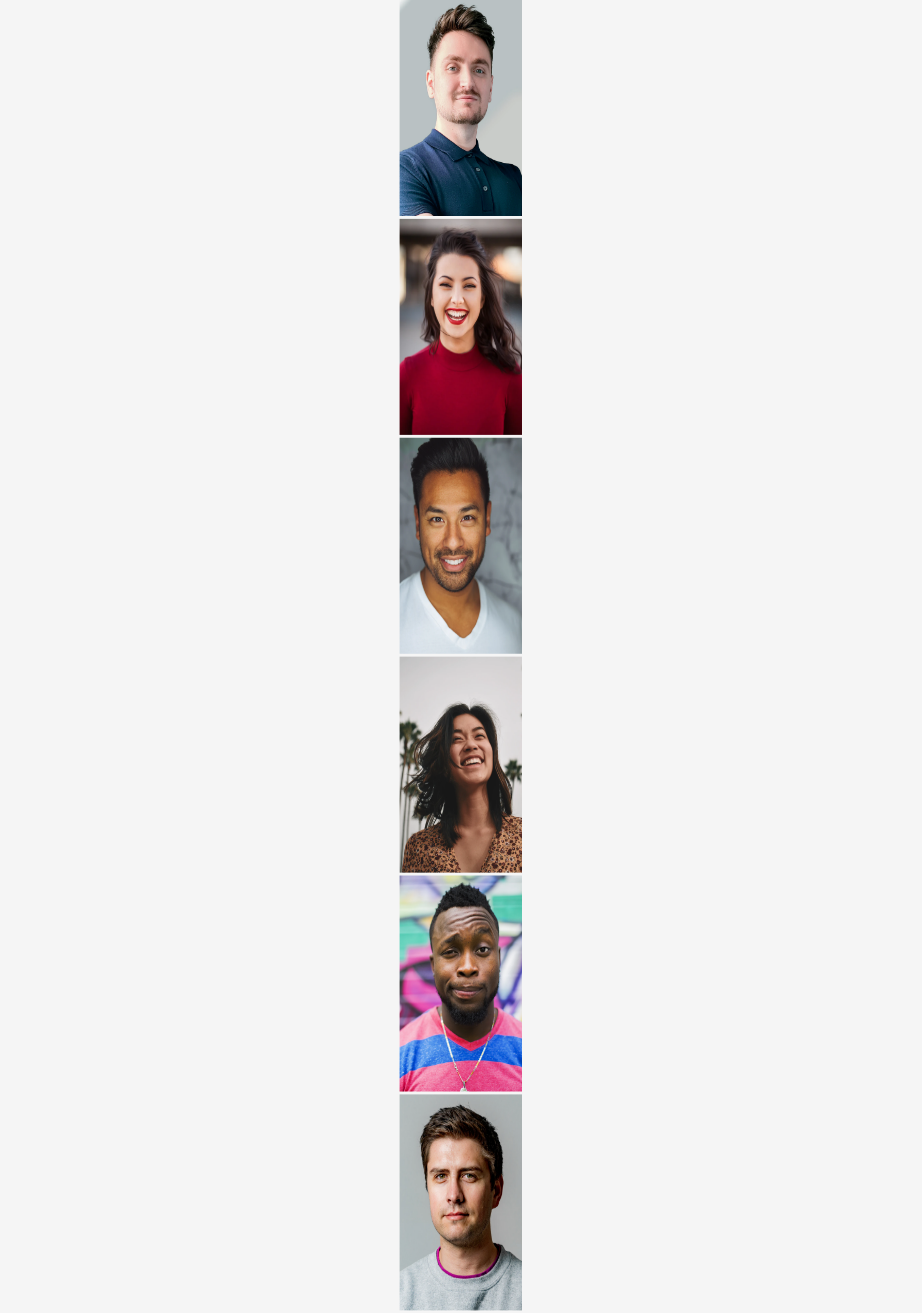
Repository: georgisenze/my-team-page-challeng
Page: index.html
These files come from the project's save history. The page is drawn as it stood at one moment and after the next save; the edit follows.
The browser window is 1280 px wide. The pictures show the whole page, at 72% of full size.

Above is the page before, as saved 2023-02-22 22:00:03.

### index.html
<!DOCTYPE html>
<html lang="en">
<head>
    <meta charset="UTF-8">
    <meta http-equiv="X-UA-Compatible" content="IE=edge">
    <meta name="viewport" content="width=device-width, initial-scale=1.0">
    <title>My team page</title>

    <link rel="stylesheet" href="assets/css/style.css">
</head>
<body>
     <div class="container" id="container">
        <div class="box">
            <img src="assets/img/photo1.png" alt="" >
        </div>
        <div class="box">
            <img src="assets/img/photo2.png" alt="">
        </div>
        <div class="box">
            <img src="assets/img/photo3.png" alt="">
        </div>
        <div class="box">
            <img src="assets/img/photo4.png" alt="">
        </div>
        <div class="box">
            <img src="assets/img/photo5.png" alt="">
        </div>
        <div class="box">
            <img src="assets/img/photo6.png" alt="">
        </div>
      </div>
</body>
</html>

### assets/css/style.css
  body{
    margin: 0;
    padding: 0;
    background-color: whitesmoke;
  }

  .container {
    writing-mode: horizontal-tb;
    display: grid;
    justify-content: center;
    justify-items: center;
    align-items: center;
    align-content: center;
    /* grid-template-columns: 1fr 1fr 1fr;
    grid-template-rows: repeat(2,minmax(100px, auto));
    grid-auto-flow: row;
    gap: 10px;
    padding: 1em;
    max-width: 30rem; */
  }

  img {
    width: 170px;
    height: 300px;
  }

  label {
    --flow-space: 1rem;
    display: grid;
    grid-template-columns: 180px min-content;
    gap: 0.2rem;
  }

After the next save:
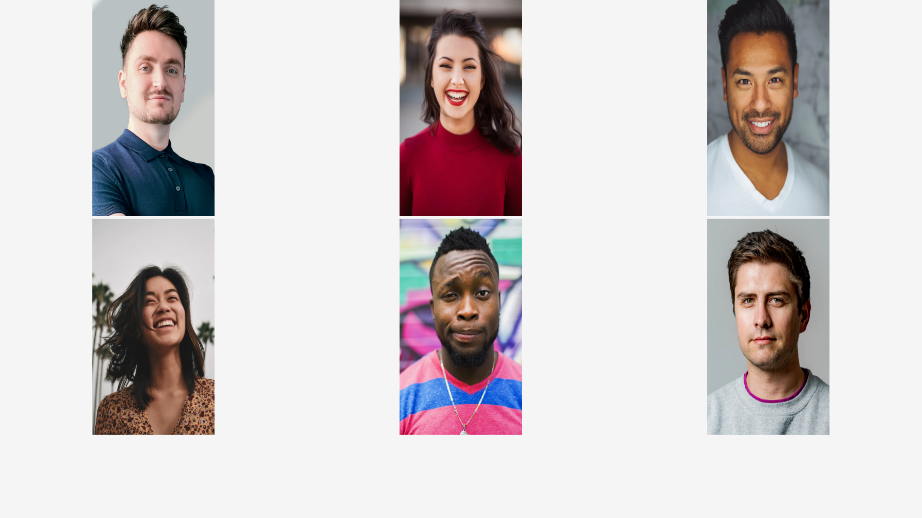
Saved 14 s later.
--- a/assets/css/style.css
+++ b/assets/css/style.css
@@ -11,8 +11,8 @@
     justify-items: center;
     align-items: center;
     align-content: center;
-    /* grid-template-columns: 1fr 1fr 1fr;
-    grid-template-rows: repeat(2,minmax(100px, auto));
+     grid-template-columns: 1fr 1fr 1fr;
+    /*grid-template-rows: repeat(2,minmax(100px, auto));
     grid-auto-flow: row;
     gap: 10px;
     padding: 1em;
